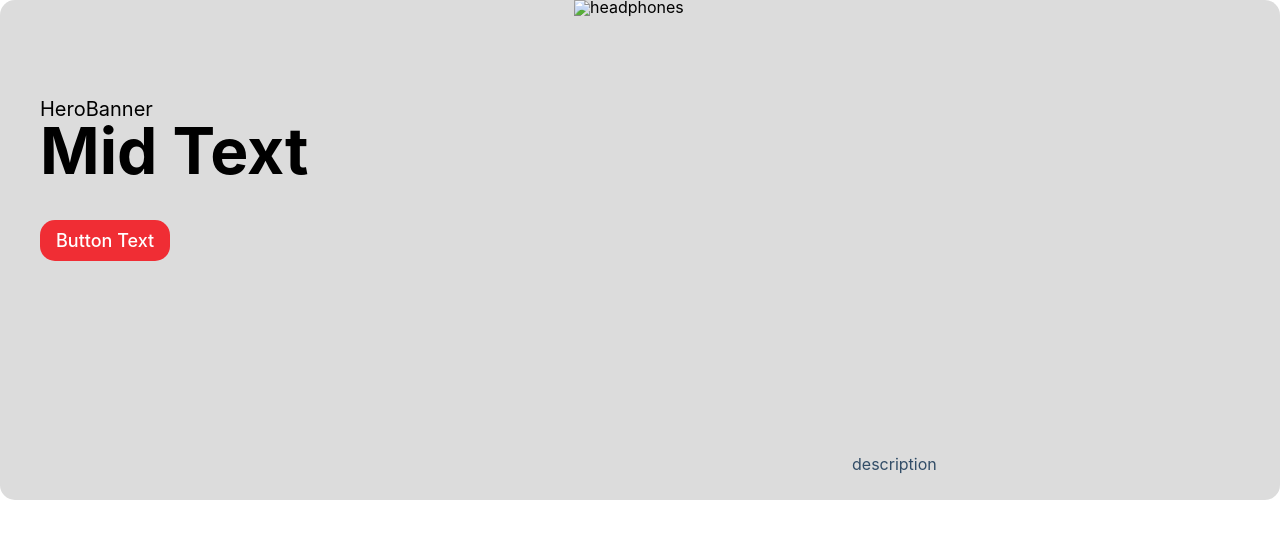
Repository: brandford7/myshop
Page: /components/HeroBanner
These files come from the project's save history. The page is drawn as it stood at one moment and after a run of saves; the edit follows.
The browser window is 1280 px wide. The pictures show the whole page.
The project was rebuilt for these pictures with package versions that can differ from the ones it lists, and the page was loaded fresh each time. The framework's server and built-in components were replaced by stand-ins that run in the browser. Also part of the build but not shown: next.config.js.

Above is the page before, as saved 2022-06-27 16:58:49.

### pages/components/HeroBanner.jsx
import Link from "next/link";

const HeroBanner = () => {
  return (
    <>
      <div className="hero-banner-container">
        <div>
          <p className="beats-solo">HeroBanner</p>
        </div>
        <h3>Mid Text</h3>
        <img src="" alt="headphones" className="hero-banner-image" />
        <Link href="/product/id ">
          <button type="button" className="">
            Button Text
          </button>
              </Link>
              <div className='desc'>description</div>
      </div>
    </>
  );
};

export default HeroBanner;

Loaded but not shown: pages/_app.js (common file); styles/globals.css (common file)

After the next 3 saves:
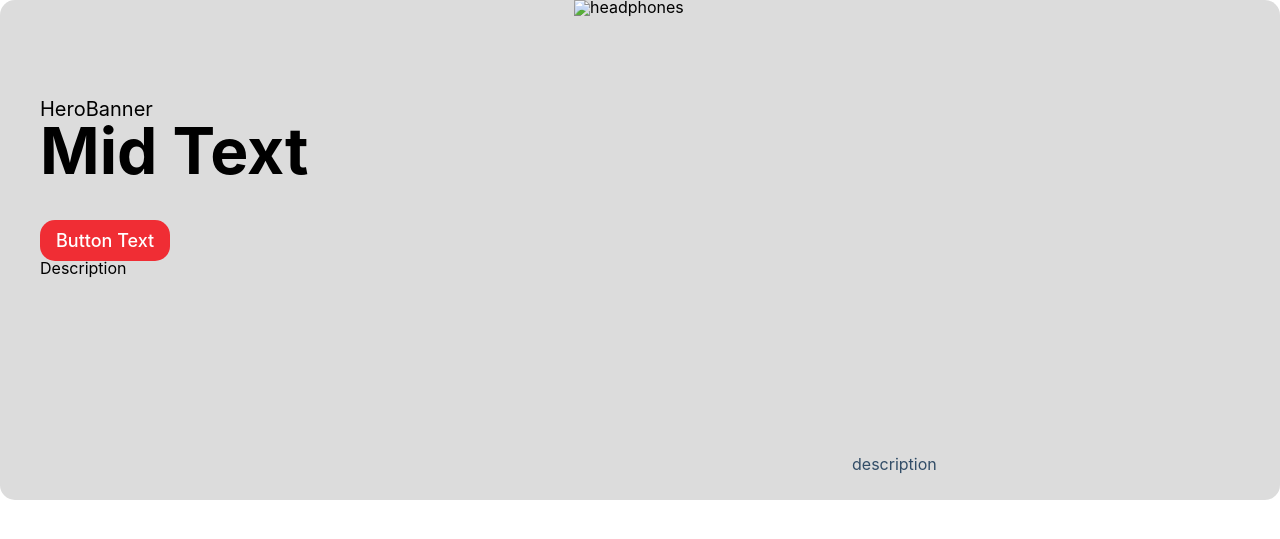
The 3 saves are shown as one change because 1 did not build or start and some came seconds apart.
The last was saved 17 s later.
--- a/pages/components/HeroBanner.jsx
+++ b/pages/components/HeroBanner.jsx
@@ -15,6 +15,7 @@ const HeroBanner = () => {
           </button>
               </Link>
               <div className='desc'>description</div>
+              <p>Description</p>
       </div>
     </>
   );
